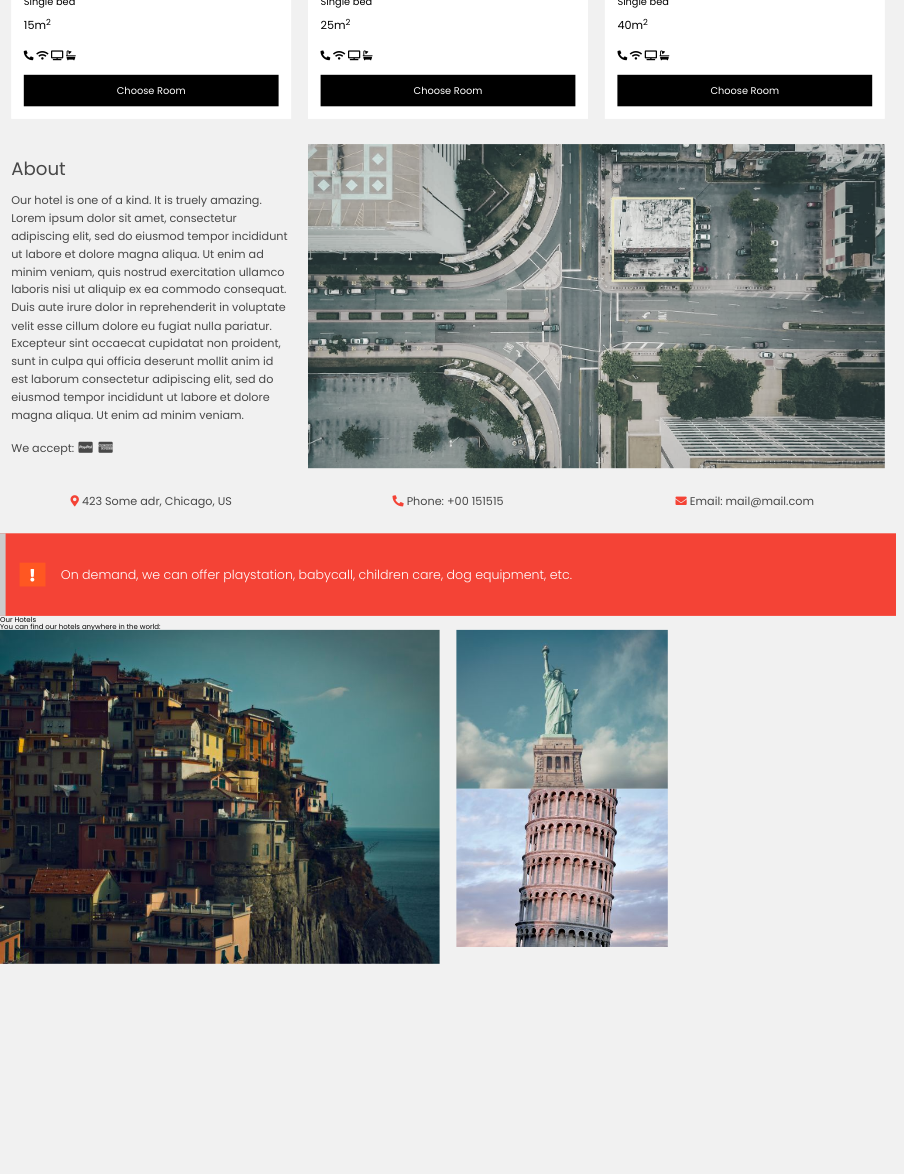
Repository: phamhuuloc/Travel_Template
Page: index.html
The author's editor kept a copy of each file at every save. The page is drawn from the files as they stood at one save, then again after the next save.
The browser window is 1280 px wide. The page is 1292 px wide, so the pictures cover 1292 px, including what lies to the right of the window. The pictures show the part of the page from y = 1347 to 3227 px (the page is 3024 px tall before and 3227 px after), at 70% of full size.
The style sheet was rebuilt from its Sass, Less or Tailwind sources for each picture, by a compiler version that may differ from the author's.

Above is the page before, as saved 2021-09-18 11:33:54.

### index.html
<!DOCTYPE html>
<html lang="en">
  <head>
    <meta charset="UTF-8" />
    <meta http-equiv="X-UA-Compatible" content="IE=edge" />
    <meta name="viewport" content="width=device-width, initial-scale=1.0" />
    <title>Document</title>
    <!-- FONT AWESOME -->
    <link
      rel="stylesheet"
      href="https://cdnjs.cloudflare.com/ajax/libs/font-awesome/5.15.4/css/all.min.css"
      integrity="sha512-1ycn6IcaQQ40/MKBW2W4Rhis/DbILU74C1vSrLJxCq57o941Ym01SwNsOMqvEBFlcgUa6xLiPY/NS5R+E6ztJQ=="
      crossorigin="anonymous"
      referrerpolicy="no-referrer"
    />
    <!-- GOOGLE FONT -->
    <link
      href="https://fonts.googleapis.com/css2?family=Poppins:wght@50;300;400&display=swap"
      rel="stylesheet"
    />
    <!-- CSS -->
    <link rel="stylesheet" href="./assets/resets.css" />
    <link rel="stylesheet" href="./assets/grid.css" />
    <link rel="stylesheet" href="./assets/main.css" />
  </head>
  <body>
    <div class="grids">
      <header class="header">
        <div class="logo">
          <i class="fas fa-bed logo__icon"></i>
          Logo
        </div>
        <div class="header__menu">
          <ul class="header__menu-list">
            <li class="header__menu-item">Rooms</li>
            <li class="header__menu-item">About</li>
            <li class="header__menu-item">Contact</li>
          </ul>
          <button class="btn book-btn">Book Nows</button>
        </div>
      </header>
      <section class="intro">
        <img src="./assets/img/hotel.jpg" alt="" class="intro__img" />
        <form class="form-login">
          <div class="form-login__heading">
            <i class="fas fa-bed logo__icon intro-icon"></i>
            <h2 class="form-login__name">Hotel name</h2>
          </div>
          <div class="form-container">
            <div class="row">
              <div class="form__item col l-6">
                <label class="form__item-category">
                  <i class="far fa-calendar form__item-icon"></i>
                  Check Ins
                </label>
                <input
                  type="text"
                  class="form__item-input"
                  placeholder="DD MM YY"
                />
              </div>
              <div class="form__item col l-6">
                <label class="form__item-category">
                  <i class="far fa-calendar form__item-icon"></i>
                  Check Out
                </label>
                <input
                  type="text"
                  class="form__item-input"
                  placeholder="DD MM YY"
                />
              </div>
            </div>
            <div class="row">
              <div class="form__item col l-6">
                <label class="form__item-category">
                  <i class="fas fa-male form__item-icon"></i>
                  Adults
                </label>
                <input
                  type="number"
                  value="1"
                  min="1"
                  max="6"
                  class="form__item-input"
                />
              </div>
              <div class="form__item col l-6">
                <label class="form__item-category">
                  <i class="fas fa-child form__item-icon"></i>
                  Kids
                </label>
                <input
                  type="number"
                  value="0"
                  min="0"
                  max="6"
                  class="form__item-input"
                />
              </div>
            </div>
            <button class="search-btn">
              <i class="fas fa-search search-icon"></i>Search availability
            </button>
          </div>
        </form>
      </section>

      <section class="option-room">
        <div class="option-container">
          <h3 class="option-container__title">Rooms</h3>
          <span class="option-container__desc"
            >Make yourself at home is our slogan. We offer the best beds in the
            industry. Sleep well and rest well.</span
          >
          <!-- FORM LOGIN  -->
          <div class="form-container option-container__form">
            <div class="row">
              <div class="form__item col l-3">
                <label class="form__item-category">
                  <i class="far fa-calendar form__item-icon"></i>
                  Check Ins
                </label>
                <input
                  type="text"
                  class="form__item-input"
                  placeholder="DD MM YY"
                />
              </div>
              <div class="form__item col l-3">
                <label class="form__item-category">
                  <i class="far fa-calendar form__item-icon"></i>
                  Check Out
                </label>
                <input
                  type="text"
                  class="form__item-input"
                  placeholder="DD MM YY"
                />
              </div>
              <div class="form__item col l-2">
                <label class="form__item-category">
                  <i class="fas fa-male form__item-icon"></i>
                  Adults
                </label>
                <input
                  type="number"
                  value="1"
                  min="1"
                  max="6"
                  class="form__item-input"
                />
              </div>
              <div class="form__item col l-2">
                <label class="form__item-category">
                  <i class="fas fa-child form__item-icon"></i>
                  Kids
                </label>
                <input
                  type="number"
                  value="0"
                  min="0"
                  max="6"
                  class="form__item-input"
                />
              </div>
              <!-- BUTTON F0RM LOGIN -->
              <div class="form__item col l-2">
                <label class="form__item-category">
                  <i class="fas fa-search"></i> Search</label
                >
                <button class="search-btn search-btn--full">Search</button>
              </div>
            </div>
          </div>
          <div class="category-room">
            <ul class="category-room__list row">
              <li class="category-room__item col l-4">
                <img
                  src="./assets/img/room_single.jpg"
                  alt=""
                  class="category-room__img"
                />
                <div class="category-room__details">
                  <h3 class="category-room__title">Single Room</h3>
                  <span class="category-room__price">From $99</span>
                  <span class="category-room__charac">Single bed</span>
                  <span class="category-room__area">15m<sup>2</sup></span>
                  <span class="category-room__function">
                    <i class="fas fa-phone-alt"></i>
                    <i class="fas fa-wifi"></i>
                    <i class="fas fa-tv"></i>
                    <i class="fas fa-bath"></i>
                  </span>
                  <button class="btn btn-choose">Choose Room</button>
                </div>
              </li>
              <li class="category-room__item col l-4">
                <img
                  src="./assets/img/room_double.jpg"
                  alt=""
                  class="category-room__img"
                />
                <div class="category-room__details">
                  <h3 class="category-room__title">Double Room</h3>
                  <span class="category-room__price">From $99</span>
                  <span class="category-room__charac">Single bed</span>
                  <span class="category-room__area">25m<sup>2</sup></span>
                  <span class="category-room__function">
                    <i class="fas fa-phone-alt"></i>
                    <i class="fas fa-wifi"></i>
                    <i class="fas fa-tv"></i>
                    <i class="fas fa-bath"></i>
                  </span>
                  <button class="btn btn-choose">Choose Room</button>
                </div>
              </li>
              <li class="category-room__item col l-4">
                <img
                  src="./assets/img/room_deluxe.jpg"
                  alt=""
                  class="category-room__img"
                />
                <div class="category-room__details">
                  <h3 class="category-room__title">Deluxe Room</h3>
                  <span class="category-room__price">From $99</span>
                  <span class="category-room__charac">Single bed</span>
                  <span class="category-room__area">40m<sup>2</sup></span>
                  <span class="category-room__function">
                    <i class="fas fa-phone-alt"></i>
                    <i class="fas fa-wifi"></i>
                    <i class="fas fa-tv"></i>
                    <i class="fas fa-bath"></i>
                  </span>
                  <button class="btn btn-choose">Choose Room</button>
                </div>
              </li>
            </ul>
          </div>
        </div>
      </section>
      <section class="local">
        <div class="row">
          <div class="local__container col l-4">
            <h4 class="local__title">About</h4>
            <p class="local__detail">
              Our hotel is one of a kind. It is truely amazing. Lorem ipsum
              dolor sit amet, consectetur adipiscing elit, sed do eiusmod tempor
              incididunt ut labore et dolore magna aliqua. Ut enim ad minim
              veniam, quis nostrud exercitation ullamco laboris nisi ut aliquip
              ex ea commodo consequat. Duis aute irure dolor in reprehenderit in
              voluptate velit esse cillum dolore eu fugiat nulla pariatur.
              Excepteur sint occaecat cupidatat non proident, sunt in culpa qui
              officia deserunt mollit anim id est laborum consectetur adipiscing
              elit, sed do eiusmod tempor incididunt ut labore et dolore magna
              aliqua. Ut enim ad minim veniam.
            </p>
            <p class="local__payment-methods">
              We accept:
              <i class="fab fa-cc-paypal local__payment-icon"></i>
              <i class="fab fa-cc-amex local__payment-icon"></i>
            </p>
          </div>
          <img src="./assets/img/map.jpg" alt="" class="col l-8 local__img" />
        </div>
        <div class="local__contact row">
          <div class="local__contact-item col l-4">
            <i class="fas fa-map-marker-alt local__contact-icon"></i>
            423 Some adr, Chicago, US
          </div>
          <div class="local__contact-item col l-4">
            <i class="fas fa-phone-alt local__contact-icon"></i>
            Phone: +00 151515
          </div>
          <div class="local__contact-item col l-4">
            <i class="fas fa-envelope local__contact-icon"></i>
            Email: mail@mail.com
          </div>
        </div>
      </section>
      <div class="demand">
        <i class="fas fa-exclamation demand__icon"></i>
        <p class="demand__desc">
          On demand, we can offer playstation, babycall, children care, dog
          equipment, etc.
        </p>
      </div>
      <section class="our-hotels">
        <div class="our-hotels__title">Our Hotels</div>
        <div class="our-hotel__desc">
          You can find our hotels anywhere in the world:
        </div>
        <div class="row">
          <div class="col l-6">
            <img
              src="./assets/img/cinqueterre.jpg"
              alt=""
              class="our-hotel__img"
            />
          </div>
          <div class="col l-6">
            <div class="row">
              <div class="col l-6">
                <img src="./assets/img/newyork2.jpg" alt="" />
                <img src="./assets/img/pisa.jpg" alt="" />
              </div>
            </div>
            <div class="row"><img src="" alt="" class="col l-6" /></div>
          </div>
        </div>
      </section>
    </div>
  </body>
</html>

### assets/grid.css
.grid {
  width: 100%;
  padding: 0;
}
.grid.wide {
  max-width: 1200px;

  margin: 0 auto;
}
.row {
  display: flex;
  flex-wrap: wrap;
  margin-left: -4px;
  margin-right: -4px;
}
.row.no-gutters {
  margin-left: 0;
  margin-right: 0;
}
.col {
  padding-left: 4px;
  padding-right: 4px;
}
.row.no-gutters .col {
  margin-left: 0;
  margin-right: 0;
}

.c-0 {
  display: none;
}

.c-1 {
  flex: 0 0 8.33333%;
  max-width: 8.33333%;
}

.c-2 {
  flex: 0 0 16.66667%;
  max-width: 16.66667%;
}

.c-3 {
  flex: 0 0 25%;
  max-width: 25%;
}

.c-4 {
  flex: 0 0 33.33333%;
  max-width: 33.33333%;
}

.c-5 {
  flex: 0 0 41.66667%;
  max-width: 41.66667%;
}

.c-6 {
  flex: 0 0 50%;
  max-width: 50%;
}

.c-7 {
  flex: 0 0 58.33333%;
  max-width: 58.33333%;
}

.c-8 {
  flex: 0 0 66.66667%;
  max-width: 66.66667%;
}

.c-9 {
  flex: 0 0 75%;
  max-width: 75%;
}

.c-10 {
  flex: 0 0 83.33333%;
  max-width: 83.33333%;
}

.c-11 {
  flex: 0 0 91.66667%;
  max-width: 91.66667%;
}

.c-12 {
  flex: 0 0 100%;
  max-width: 100%;
}

.c-o-1 {
  margin-left: 8.33333%;
}

.c-o-2 {
  margin-left: 16.66667%;
}

.c-o-3 {
  margin-left: 25%;
}

.c-o-4 {
  margin-left: 33.33333%;
}

.c-o-5 {
  margin-left: 41.66667%;
}

.c-o-6 {
  margin-left: 50%;
}

.c-o-7 {
  margin-left: 58.33333%;
}

.c-o-8 {
  margin-left: 66.66667%;
}

.c-o-9 {
  margin-left: 75%;
}

.c-o-10 {
  margin-left: 83.33333%;
}

.c-o-11 {
  margin-left: 91.66667%;
}
/* TABLET */
@media (min-width: 740px) {
  .row {
    margin-left: -8px;
    margin-right: -8px;
  }
  .col {
    padding-right: 8px;
    padding-left: 8px;
  }
  .m-0 {
    display: none;
  }
  .m-1,
  .m-2,
  .m-3,
  .m-4,
  .m-5,
  .m-6,
  .m-7,
  .m-8,
  .m-9,
  .m-10,
  .m-11,
  .m-12 {
    display: block;
  }

  .m-1 {
    flex: 0 0 8.33333%;
    max-width: 8.33333%;
  }

  .m-2 {
    flex: 0 0 16.66667%;
    max-width: 16.66667%;
  }

  .m-3 {
    flex: 0 0 25%;
    max-width: 25%;
  }

  .m-4 {
    flex: 0 0 33.33333%;
    max-width: 33.33333%;
  }

  .m-5 {
    flex: 0 0 41.66667%;
    max-width: 41.66667%;
  }

  .m-6 {
    flex: 0 0 50%;
    max-width: 50%;
  }

  .m-7 {
    flex: 0 0 58.33333%;
    max-width: 58.33333%;
  }

  .m-8 {
    flex: 0 0 66.66667%;
    max-width: 66.66667%;
  }

  .m-9 {
    flex: 0 0 75%;
    max-width: 75%;
  }

  .m-10 {
    flex: 0 0 83.33333%;
    max-width: 83.33333%;
  }

  .m-11 {
    flex: 0 0 91.66667%;
    max-width: 91.66667%;
  }

  .m-12 {
    flex: 0 0 100%;
    max-width: 100%;
  }

  .m-o-1 {
    margin-left: 8.33333%;
  }

  .m-o-2 {
    margin-left: 16.66667%;
  }

  .m-o-3 {
    margin-left: 25%;
  }

  .m-o-4 {
    margin-left: 33.33333%;
  }

  .m-o-5 {
    margin-left: 41.66667%;
  }

  .m-o-6 {
    margin-left: 50%;
  }

  .m-o-7 {
    margin-left: 58.33333%;
  }

  .m-o-8 {
    margin-left: 66.66667%;
  }

  .m-o-9 {
    margin-left: 75%;
  }

  .m-o-10 {
    margin-left: 83.33333%;
  }

  .m-o-11 {
    margin-left: 91.66667%;
  }
}
/* PC MEDIUM RESOLUTION */
@media (min-width: 1113px) {
  .row {
    margin-left: -12px;
    margin-right: -12px;
  }
  .row.sm-gutter {
    margin-left: -5px;
    margin-right: -5px;
  }
  .col {
    padding-left: 12px;
    padding-right: 12px;
  }
  .row.sm-gutter .col {
    padding-left: 5px;
    padding-right: 5px;
  }
  .l-0 {
    display: none;
  }

  .l-1,
  .l-2,
  .l-2-4,
  .l-3,
  .l-4,
  .l-5,
  .l-6,
  .l-7,
  .l-8,
  .l-9,
  .l-10,
  .l-11,
  .l-12 {
    display: block;
  }

  .l-1 {
    flex: 0 0 8.33333%;
    max-width: 8.33333%;
  }

  .l-2 {
    flex: 0 0 16.66667%;
    max-width: 16.66667%;
  }

  .l-2-4 {
    flex: 0 0 20%;
    max-width: 20%;
  }

  .l-3 {
    flex: 0 0 25%;
    max-width: 25%;
  }

  .l-4 {
    flex: 0 0 33.33333%;
    max-width: 33.33333%;
  }

  .l-5 {
    flex: 0 0 41.66667%;
    max-width: 41.66667%;
  }

  .l-6 {
    flex: 0 0 50%;
    max-width: 50%;
  }

  .l-7 {
    flex: 0 0 58.33333%;
    max-width: 58.33333%;
  }

  .l-8 {
    flex: 0 0 66.66667%;
    max-width: 66.66667%;
  }

  .l-9 {
    flex: 0 0 75%;
    max-width: 75%;
  }

  .l-10 {
    flex: 0 0 83.33333%;
    max-width: 83.33333%;
  }

  .l-11 {
    flex: 0 0 91.66667%;
    max-width: 91.66667%;
  }

  .l-12 {
    flex: 0 0 100%;
    max-width: 100%;
  }

  .l-o-1 {
    margin-left: 8.33333%;
  }

  .l-o-2 {
    margin-left: 16.66667%;
  }

  .l-o-3 {
    margin-left: 25%;
  }

  .l-o-4 {
    margin-left: 33.33333%;
  }

  .l-o-5 {
    margin-left: 41.66667%;
  }

  .l-o-6 {
    margin-left: 50%;
  }

  .l-o-7 {
    margin-left: 58.33333%;
  }

  .l-o-8 {
    margin-left: 66.66667%;
  }

  .l-o-9 {
    margin-left: 75%;
  }

  .l-o-10 {
    margin-left: 83.33333%;
  }

  .l-o-11 {
    margin-left: 91.66667%;
  }
}
/* TABLET AND PC */
@media (min-width: 740px) and (max-width: 1023px) {
  .wide {
    width: 644px;
  }
}
/* > PC  LOW RESOLUTION */
@media (min-width: 1024px) and (max-width: 1239px) {
  .wide {
    width: 984px;
  }
}
.form__item {
  display: flex;
  flex-direction: column;
}

### assets/main.scss
$primary-color: #f44336;
$secondary-color: #0000;
$text-color: #484848;
$hover-color: #ccc;

@mixin flex($align: center, $justify: space-between) {
  display: flex;
  align-items: $align;
  justify-content: $justify;
}
* {
  box-sizing: border-box;
}
html {
  font-size: 62.5%;
}
body {
  background-color: #f1f1f1;
  font-family: "Poppins", sans-serif;
  margin-bottom: 30rem;
}
ul {
  list-style: none;
}
img {
  display: block;
  width: 100%;
}
a {
  text-decoration: none;
}
sup {
  font-size: 75%;
  position: relative;
  line-height: 0;
  top: -0.5em;
  vertical-align: baseline;
}
.btn {
  font-family: "Poppins", sans-serif;
  @include flex(center, center);
  height: inherit;
  outline: none;
  cursor: pointer;
  border: 0;
}
.btn:hover {
  background-color: $hover-color;
  color: #000;
}

//HEADER
.header {
  display: flex;
  align-items: center;
  height: 4.4rem;
  background-color: white;
  font-size: 2rem;

  .logo {
    background-color: $primary-color;
    height: 100%;
    cursor: pointer;
    color: white;
    @include flex();
    padding: 1.4rem 1.8rem;

    &__icon {
      margin-right: 2rem;
    }
  }
  .logo:hover {
    background-color: $hover-color;
    color: $text-color;
  }
  &__menu {
    display: flex;
    @include flex();
    height: 100%;
    width: 100%;
    &-list {
      @include flex();
      height: 100%;
    }
    &-item {
      @include flex();
      padding: 0 2rem;
      height: 100%;
      cursor: pointer;
      color: $text-color;
      &:hover {
        background-color: #ccc;
      }
    }
  }
  .book-btn {
    background-color: #f1f1f1;
    padding: 1.4rem 1.6rem;
    color: $text-color;
    font-size: 2rem;
  }
  .book-btn:hover {
    background-color: #ccc;
    cursor: pointer;
  }
}
// SECTION INTRO
.intro {
  position: relative;
  margin-bottom: 3.8rem;
  &-icon {
    padding: 0 1.8rem;
  }
  .form-login {
    width: 64.4rem;
    position: absolute;
    top: 50%;
    left: 2rem;
    background-color: #fff;
    transform: translateY(-50%);

    &__heading {
      display: flex;
      align-items: center;

      width: 100%;
      height: 6.4rem;
      background-color: $primary-color;
      color: white;
      font-size: 3rem;
    }
  }
}
.form-container {
  padding: 1.6rem;
  .search-btn {
    font-family: "Poppins", sans-serif;
    padding: 1rem 1.6rem;
    margin-top: 8px;
    border: 0;

    outline: none;
    cursor: pointer;

    background-color: #616161;
    font-size: 1.5rem;
    color: white;
  }
  .search-btn--full {
    width: 100%;
    margin: 0;
    background-color: #000;
    color: white;
    padding: 6px 0;
  }
  .search-btn:hover {
    background-color: #ccc;
    color: $text-color;
  }
  .search-icon {
    padding-right: 2rem;
  }
}
.form__item {
  display: flex;
  flex-direction: column;
  margin-bottom: 1.6rem;
  &-category {
    font-size: 1.6rem;
    margin-bottom: 4px;
    color: $text-color;
  }
  &-input {
    padding: 1rem;
    border: 1px solid #dedede;
  }
}
.option-container {
  padding: 1.6rem;
  margin-bottom: 2rem;
  &__title {
    font-size: 2.2rem;
    margin-bottom: 3rem;
    color: $text-color;
  }
  &__desc {
    display: block;
    font-size: 1.6rem;
    margin-bottom: 2rem;
    color: $text-color;
  }
  &__form {
    padding: 1.6rem 0;
  }
}
.category-room {
  &__details {
    padding: 1.8rem;
    display: flex;
    flex-direction: column;
    background-color: white;
  }
  &__title {
    font-size: 2.6rem;
    margin-bottom: 2rem;
    color: #484848;
  }
  &__price {
    font-size: 1.6rem;
    color: #999;
    margin-bottom: 2rem;
  }
  &__charac {
    font-size: 1.4rem;
    margin-bottom: 2rem;
  }
  &__area {
    font-size: 1.6rem;
    margin-bottom: 2.8rem;
  }
  &__function {
    font-size: 1.4rem;
    margin-bottom: 2rem;
  }
  .btn-choose {
    padding: 1.2rem 0;
    background-color: #000;
    color: white;
    font-size: 1.4rem;
  }
  .btn-choose:hover {
    background-color: $hover-color;
    color: $text-color;
  }
}
.local {
  padding: 0 1.6rem;
  &__title {
    font-size: 2.6rem;
    margin-top: 2.2rem;
    margin-bottom: 2rem;
    color: $text-color;
  }
  &__detail {
    font-size: 1.6rem;
    line-height: 1.6;
    margin-bottom: 2.4rem;
    color: $text-color;
  }
  &__payment-methods {
    font-size: 1.6rem;
    color: $text-color;
  }
  &__payment-icon {
    font-size: 1.8rem;
    margin: 0 2px;
  }
  &__img {
    filter: grayscale(75%);
  }
  &__contact {
    padding: 3.8rem 0;
    &-icon {
      color: $primary-color;
      font-size: 1.6rem;
    }
    &-item {
      text-align: center;
      font-size: 1.6rem;
      color: $text-color;
    }
  }
}
.demand {
  padding: 4.2rem 0 4.2rem 2rem;
  background-color: $primary-color;
  border-left: 8px solid #ccc;
  @include flex(center, none);
  &__icon {
    color: white;
    font-size: 1.8rem;
    padding: 8px 15px;
    background-color: #ff5722;
    margin-right: 2.2rem;
  }
  &__desc {
    font-size: 1.8rem;
    color: white;
    font-weight: 350;
  }
}

Loaded but not shown: assets/resets.css (common file)

After the next save:
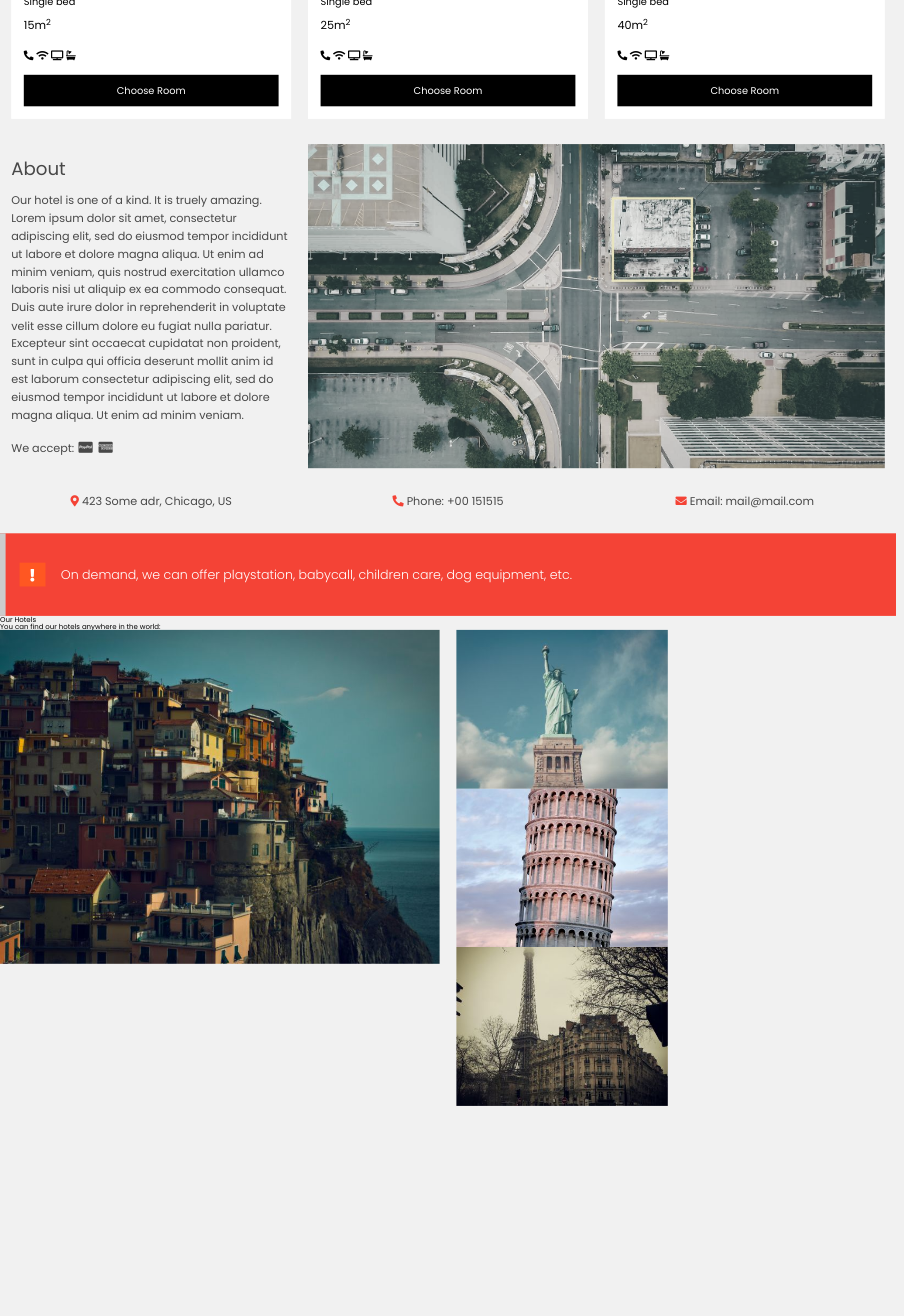
Saved 42 s later.
--- a/index.html
+++ b/index.html
@@ -305,7 +305,11 @@
                 <img src="./assets/img/pisa.jpg" alt="" />
               </div>
             </div>
-            <div class="row"><img src="" alt="" class="col l-6" /></div>
+            <div class="row">
+              <div class="col l-6">
+                <img src="./assets/img/paris.jpg" alt="" />
+              </div>
+            </div>
           </div>
         </div>
       </section>
